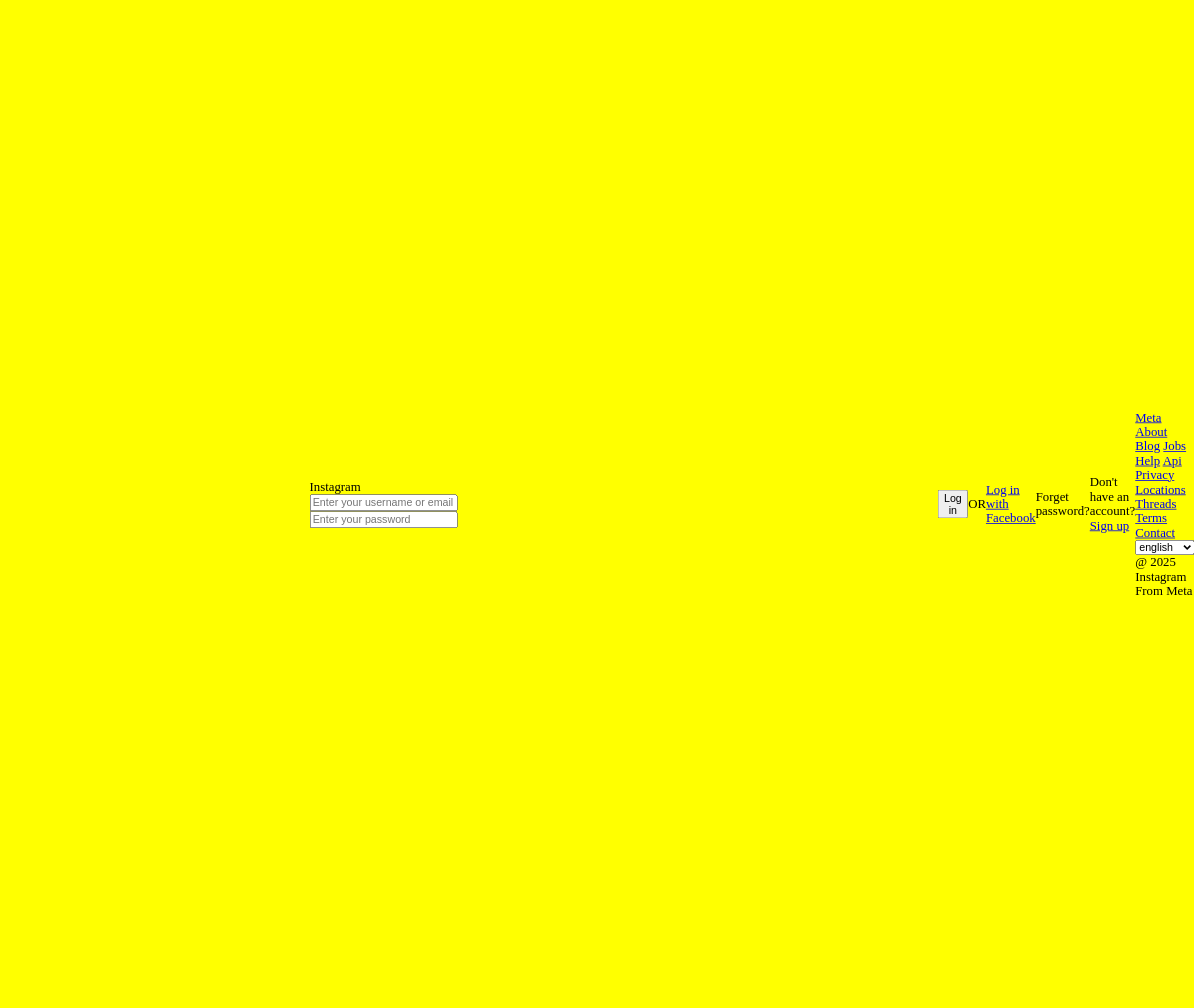
Repository: sristigupta04/basic-js-project
Page: index.html
The author's editor kept a copy of each file at every save. The page is drawn from the files as they stood at one save, then again after the next save.
The browser window is 1280 px wide. The page is 1493 px wide, then 1280 px, so the pictures cover 1493 px, including what lies to the right of the window. The pictures show the whole page, at 80% of full size.

Above is the page before, as saved 2025-10-24 13:25:25.

### index.html
<!DOCTYPE html>
<html lang="en">
<head>
    <meta charset="UTF-8">
    <meta name="viewport" content="width=device-width, initial-scale=1.0">
    <title>Login Instagram</title>
    <link rel="icon" type="icon" href="instagram logo.webp">
    <link rel="stylesheet" href="index.css">
</head>
<body>
        <div class="fill-up">
            <div class="ig">Instagram</div>
            <input type="text" placeholder="Enter your username or email"/>
            <input type="password" placeholder="Enter your password" required>
        </div>
        <button class="btn">Log in</button>
<div class="or"><span>OR</span></div>
<a href="#">
  <i class="fa-brands fa-facebook"></i> Log in with Facebook
</a>
<div class="foot">Forget password?</div>

<div class="footer">Don't have an account?<a href="#">Sign up</a>
        </div>
    <footer>
        <div class="bottom">
            <a href="#">Meta</a>
             <a href="#">About</a>
              <a href="#">Blog</a>
               <a href="#">Jobs</a>
               <a href="#">Help</a>
              <a href="#">Api</a>
              <a href="#">Privacy</a>
              <a href="#">Locations</a>
              <a href="#">Threads</a>
              <a href="#">Terms</a>
              <a href="#">Contact</a>

        </div>
        <div class="bt1">
            <select>
                <option>english</option>
                <option>hindi</option>
                <option>Arbaic</option>
                <option>Francais</option>
            </select>
            <span>@ 2025 Instagram From Meta</span>
        </div>
</body>
</html>

### index.css
body{
    display: flex;
    justify-content:  center;
    align-items: center;
    background-color:yellow;
    margin:0;
}
.fill-up{
   padding:600px;
}

After the next save:
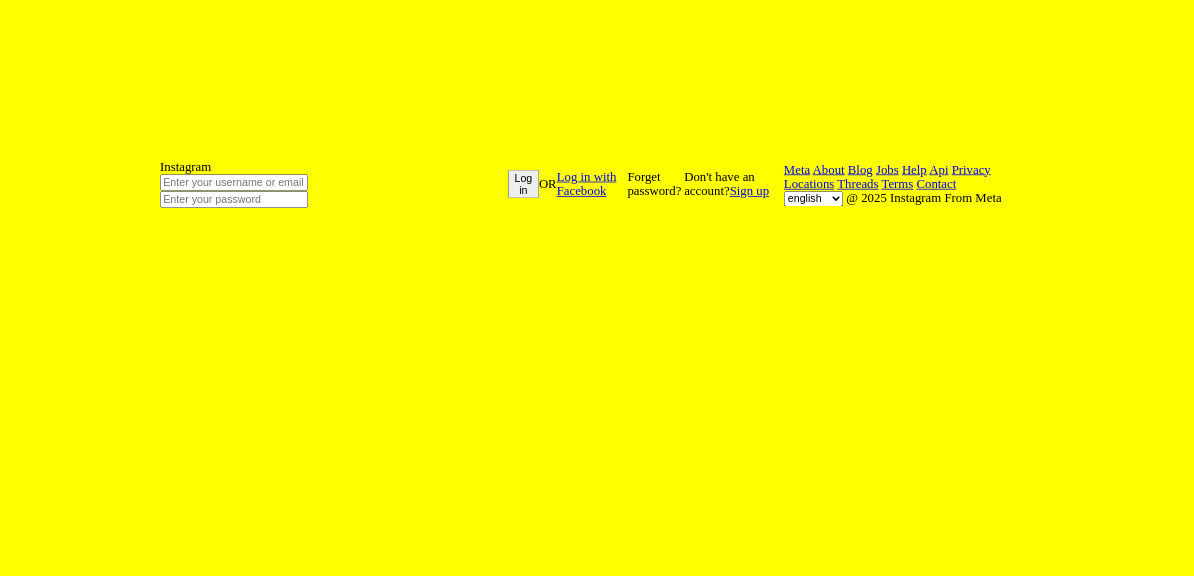
Saved 12 s later.
--- a/index.css
+++ b/index.css
@@ -6,5 +6,5 @@ body{
     margin:0;
 }
 .fill-up{
-   padding:600px;
+   padding:200px;
 }
